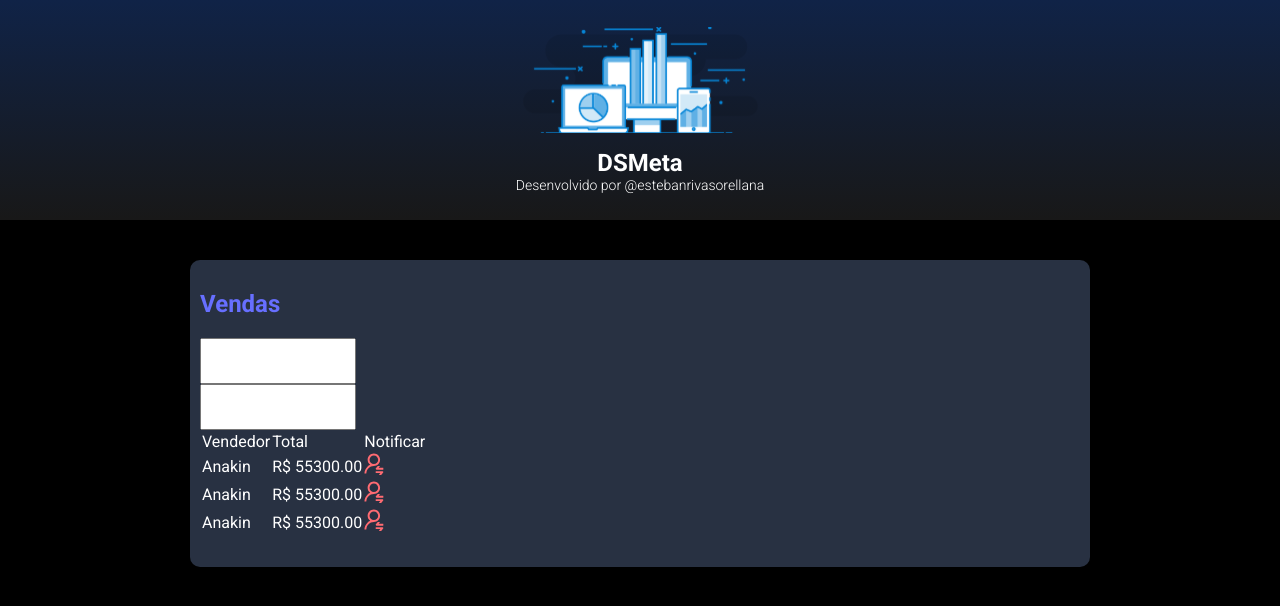
Repository: estebanrivas/dsmeta-css
Page: index.html
An editor plug-in stored every save of this project. The page is shown before and after a run of saves, followed by the edit.
The browser window is 1280 px wide. The pictures show the whole page.

Above is the page before, as saved 2022-09-08 21:47:44.

After the next 2 saves:
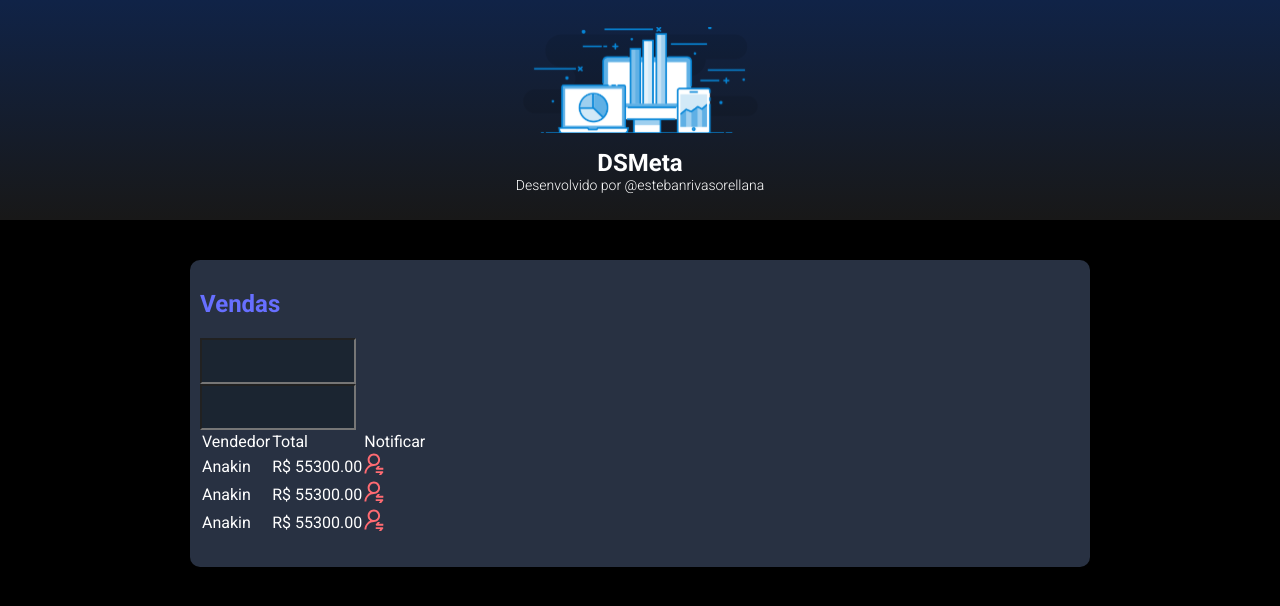
The 2 saves are shown as one change because they came seconds apart.
The last was saved 48 s later.
--- a/css/styles.css
+++ b/css/styles.css
@@ -67,7 +67,7 @@ header {
 
 .dsmeta-form-control{
     height: 46px;
-
+    background-color: #1B2531;
 }
 
 .dsmeta-sales-title{
